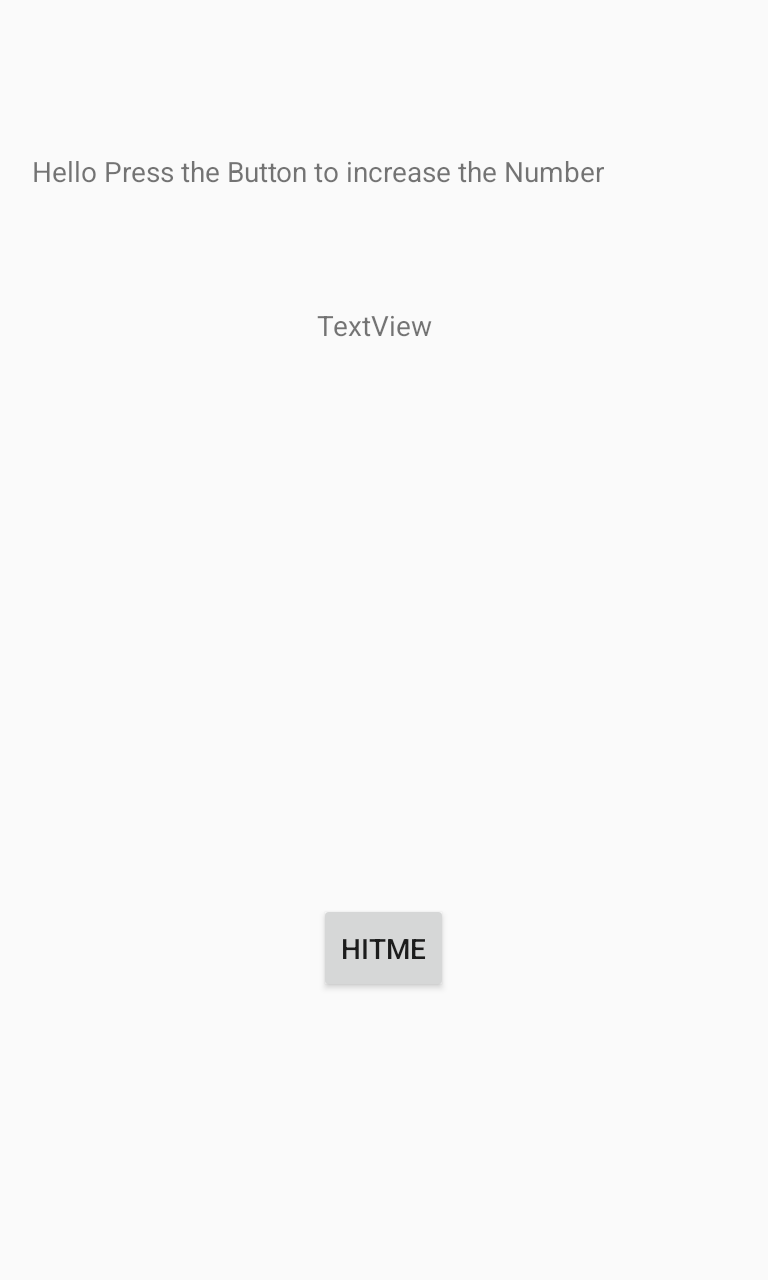
Repository: nakaneku/Wackamole_game
Layout: nateTest/res/layout/fragment_mini_game.xml
These files come from the project's save history. The layout is drawn as it stood at one moment and after the next save; the edit follows.
It is drawn on a 768 x 1280 px phone screen (xhdpi) without system bars, with theme AppTheme; the app's code is not run.

Above is the layout before, as saved 2014-05-18 11:13:11.

After the next save:
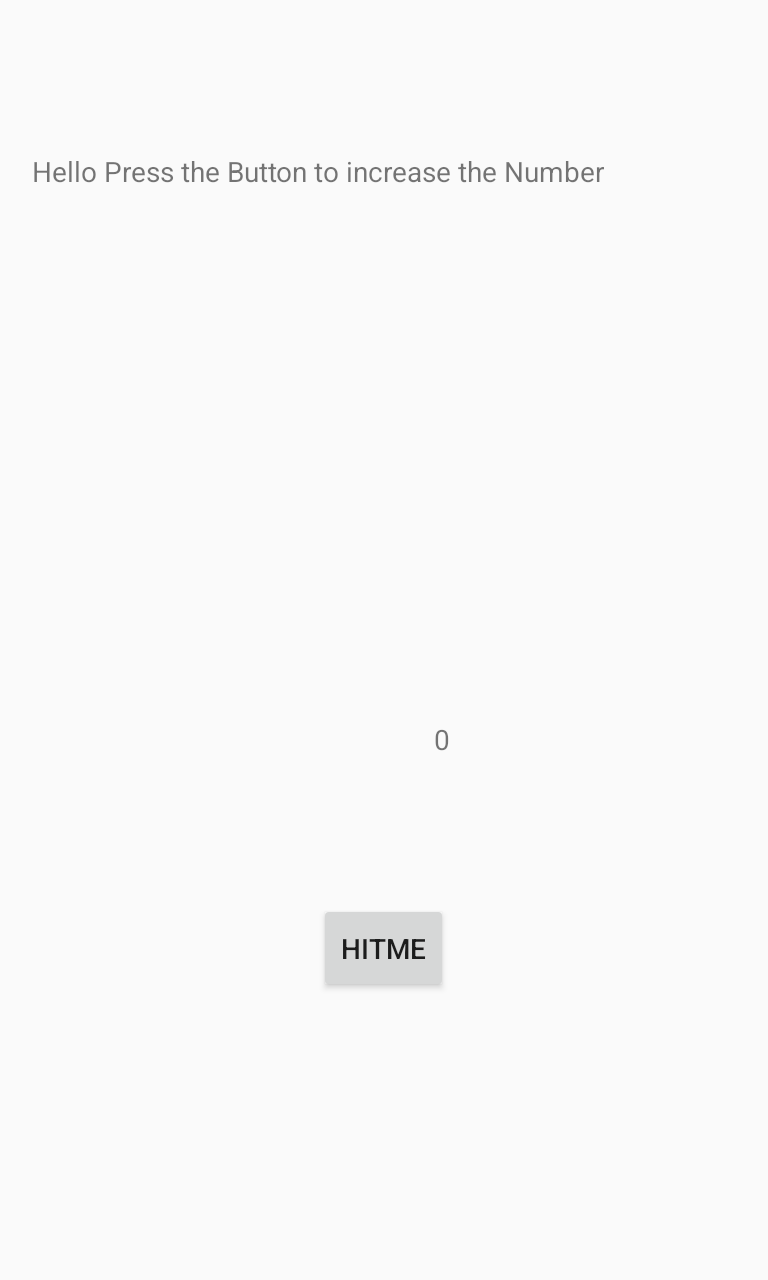
Saved 72 s later.
--- a/nateTest/res/layout/fragment_mini_game.xml
+++ b/nateTest/res/layout/fragment_mini_game.xml
@@ -30,9 +30,9 @@
         android:id="@+id/textView1"
         android:layout_width="wrap_content"
         android:layout_height="wrap_content"
-        android:layout_alignLeft="@+id/button1"
-        android:layout_below="@+id/textView2"
-        android:layout_marginTop="58dp"
-        android:text="TextView" />
+        android:layout_above="@+id/button1"
+        android:layout_alignRight="@+id/button1"
+        android:layout_marginBottom="71dp"
+        android:text="0" />
 
 </RelativeLayout>
